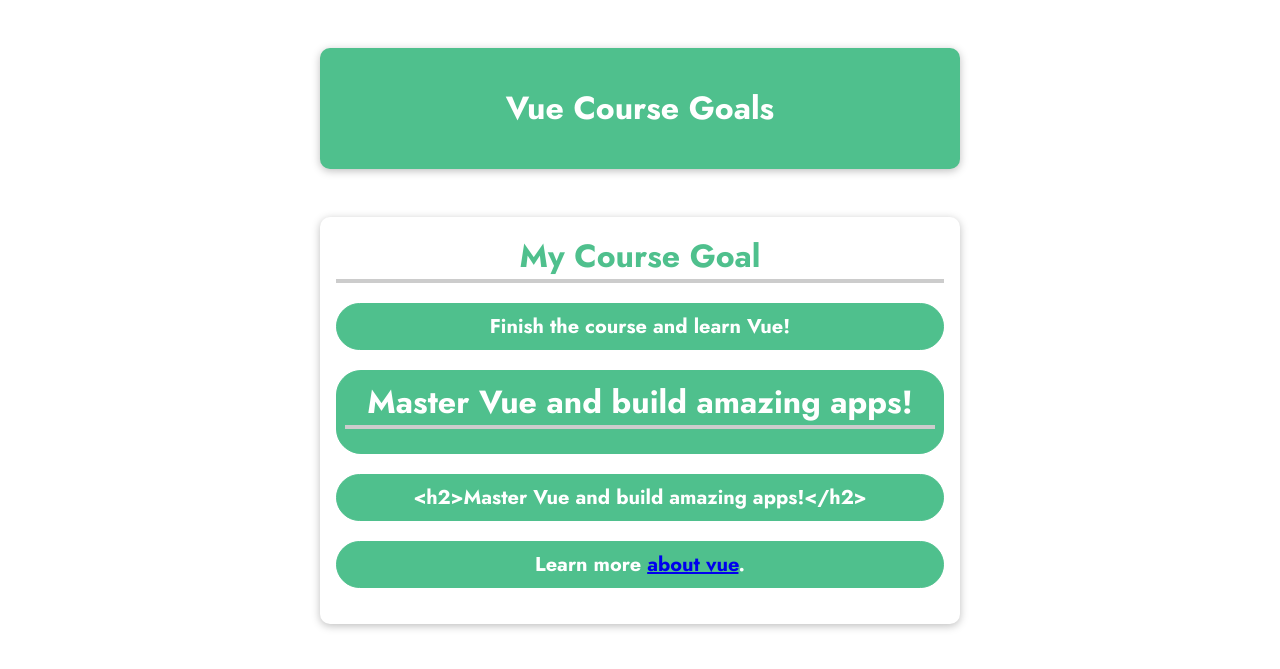
Repository: zmarkoni/Vue-The-Complete-Guide
Page: basics-01-starting-code/index.html
The author's editor kept a copy of each file at every save. The page is drawn from the files as they stood at one save, then again after a run of saves.
The browser window is 1280 px wide. The pictures show the whole page.

Above is the page before, as saved 2020-12-29 10:28:36.

After the next 2 saves:
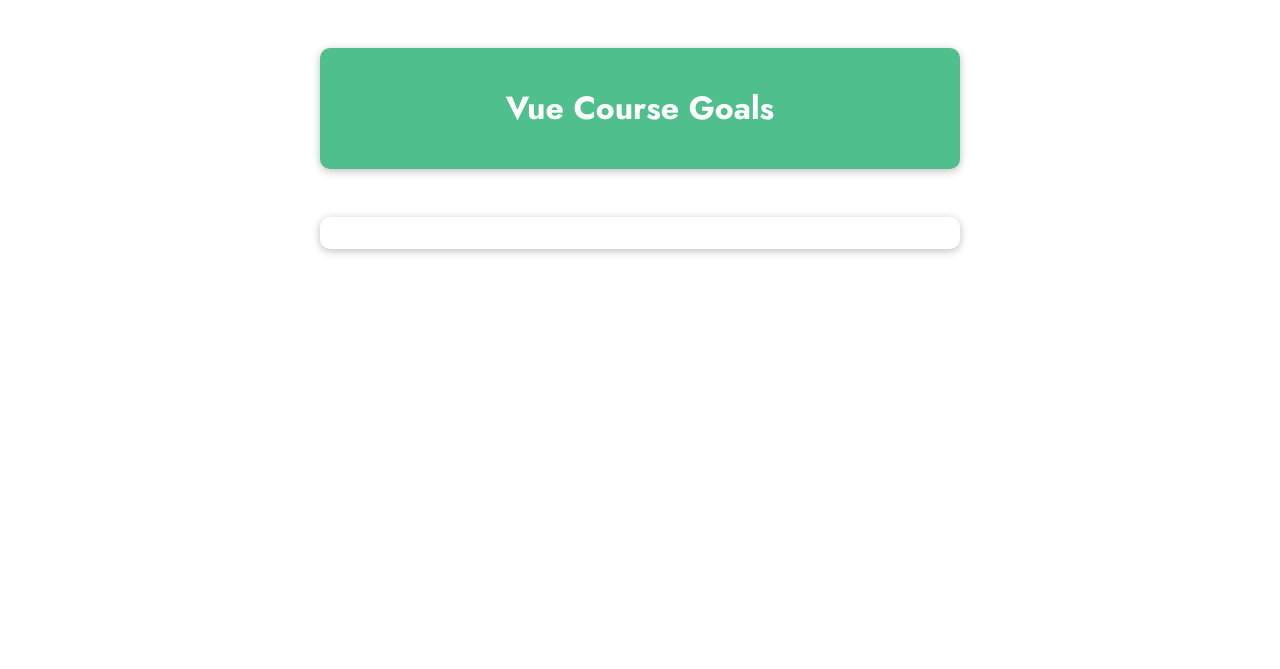
Console error: SyntaxError: Unexpected token '{'
The 2 saves are shown as one change because they came seconds apart.
The last was saved 9 s later.
--- a/basics-01-starting-code/index.html
+++ b/basics-01-starting-code/index.html
@@ -19,7 +19,7 @@
     <section id="user-goal">
       <h2>My Course Goal</h2>
       <p v-html="outputGoal()"></p>
-      <p v-html="outputGoal()"></p>
+      <p v-html="{{}}"></p>
       <p>{{ outputGoal() }}</p>
       <p>Learn more <a v-bind:href="vueLink" target="_blank">about vue</a>.</p>
     </section>

After the 5 saves that followed:
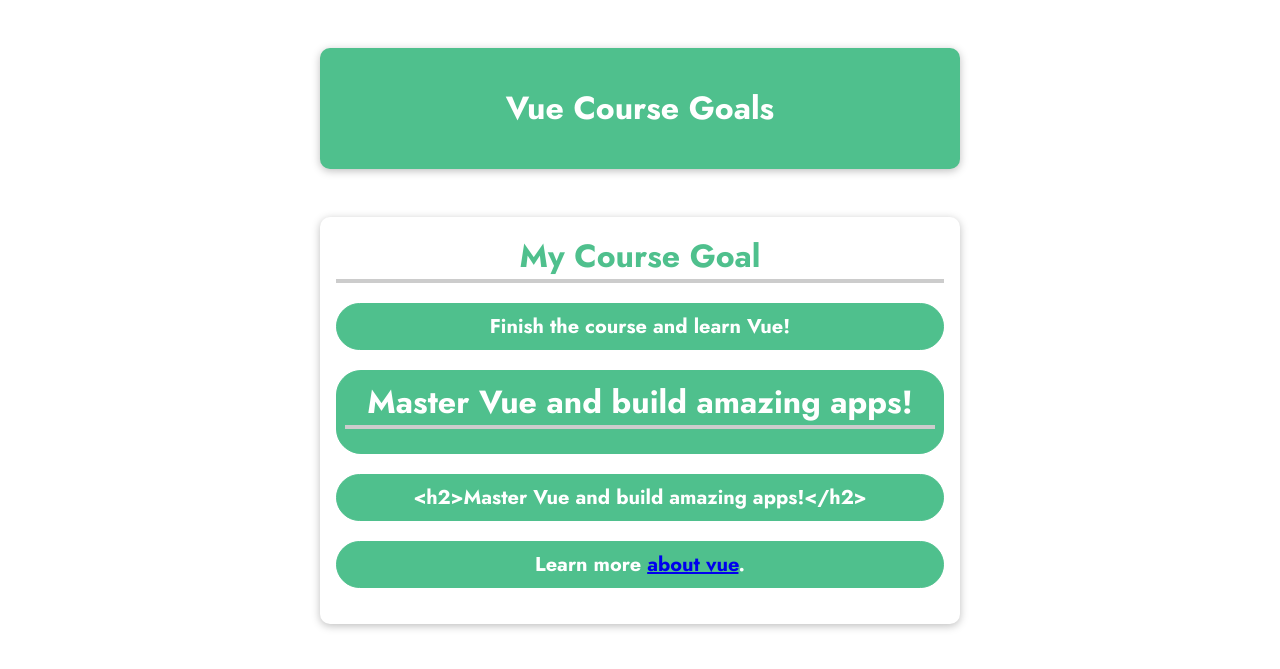
The error is gone.
The 5 saves are shown as one change because 2 left the picture as it was and some came seconds apart.
The last was saved 38 s later.
--- a/basics-01-starting-code/index.html
+++ b/basics-01-starting-code/index.html
@@ -19,7 +19,7 @@
     <section id="user-goal">
       <h2>My Course Goal</h2>
       <p v-html="outputGoal()"></p>
-      <p v-html="{{}}"></p>
+      <p v-html="courseGoalB"></p>
       <p>{{ outputGoal() }}</p>
       <p>Learn more <a v-bind:href="vueLink" target="_blank">about vue</a>.</p>
     </section>
